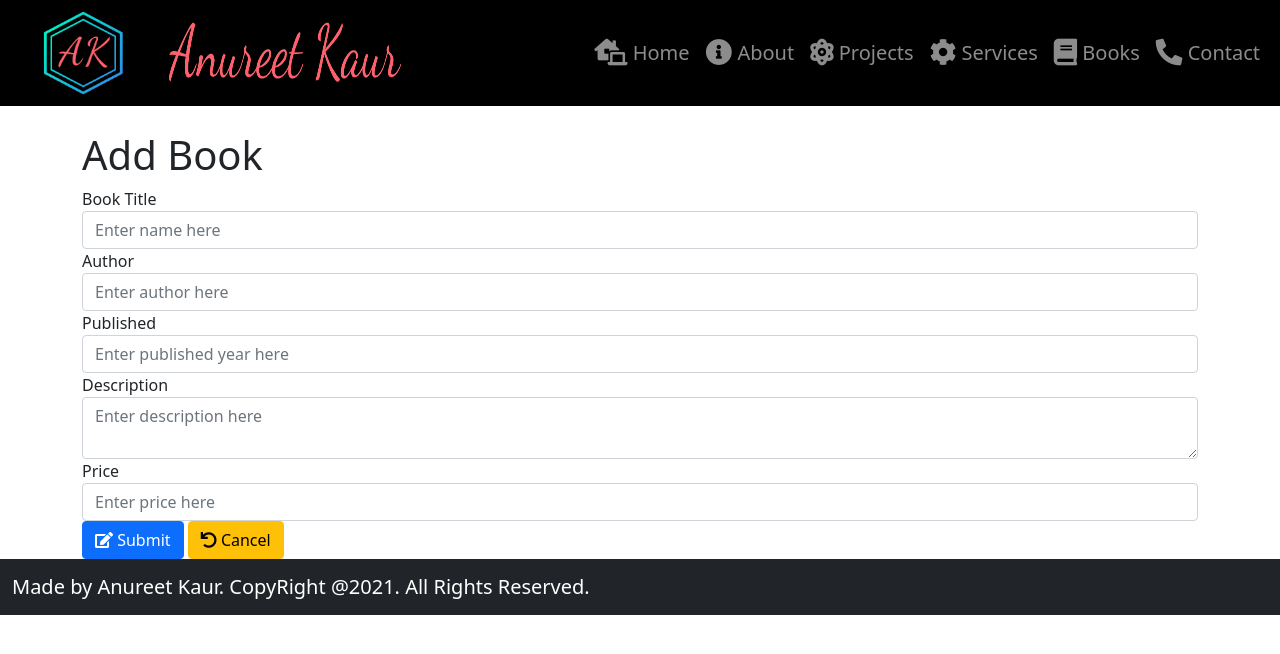
Repository: Anureet23/Portfolio_Authentication
Page: http://localhost/book-list/add
These files come from the project's save history. The page is drawn as it stood at one moment and after the next save; the edit follows.
The browser window is 1280 px wide. The pictures show the whole page.
The page is served by the project's Node server (server.js). Other server files are loaded and not shown.

Above is the page before, as saved 2021-06-16 19:53:40.

### server/views/book/add.ejs
<!--Header Partial Included -->
<% include ../partials/header.ejs %>

<!--Top Navbar Partial Included -->
<% include ../partials/navbar.ejs %>


<!--Content for ADD Page -->
<div class="container">
    <div class="row">
        <div class="offset md-2 col-md-8"></div>
        <h1><%= title%></h1>

        <form class="form" method="POST">
        <div class="form-group">
            <label for="nameTextField">Book Title</label>
            <input type="text" class="form-control" id="nameTextField" placeholder="Enter name here" name="name" required>
        </div>

        <div class="form-group">
            <label for="authorTextField">Author</label>
            <input type="text" class="form-control" id="authorTextField" placeholder="Enter author here" name="author" required>
        </div>

        <div class="form-group">
            <label for="publishedTextField">Published</label>
            <input type="text" class="form-control" id="publishedTextField" placeholder="Enter published year here" name="published" required>
        </div>

        <div class="form-group">
            <label for="descriptionTextField">Description</label>
            <textarea type="text" class="form-control" id="descriptionTextField" placeholder="Enter description here" name="description" required></textarea>
        </div>

        <div class="form-group">
            <label for="priceTextField">Price</label>
            <input type="number" class="form-control" id="nameTextField" placeholder="Enter price here" name="price" required>
        </div>

        <button class="btn btn-primary" type="submit">
            <i class="fas fa-edit"></i> Submit
        </button>

        <a href="/book-list" class="btn btn-warning"><i class="fas fa-undo"></i> Cancel</a>

        </form>
    </div>
</div>
</div>

 <!--Bottom Navbar Partial Included -->
 <% include ../partials/bottomnavbar.ejs %>

<!--Footer Partial Included -->
 <% include ../partials/footer.ejs %>

### server/views/partials/header.ejs
<!--Header Partial -->
<!DOCTYPE html>
<html lang="en">
<head>
  <meta charset="UTF-8">
  <meta http-equiv="X-UA-Compatible" content="IE=edge">
  <meta name="viewport" content="width=device-width, initial-scale=1.0">
  <title><%= title %></title>

  <!--CSS Section-->
  <link rel='stylesheet' href='/bootstrap/dist/css/bootstrap.min.css' />
  <link rel="stylesheet" href="/@fortawesome/fontawesome-free/css/all.min.css">

  <link rel='stylesheet' href='/Content/app.css' />
</head>
<body>

### server/views/partials/navbar.ejs
 <!--Top Nav Bar Partial-->

  <nav class="navbar navbar-expand-lg navbar-dark" style="font-size:20px;background-color:black!important">
    <div class="container-fluid" style="background-color:black">
     <img src="/Assests/images/Logo.PNG" height="90px" width="150px"> <img src="/Assests/images/Name.PNG" height="75px" width="240px" >
           <button class="navbar-toggler" type="button" data-bs-toggle="collapse" data-bs-target="#navbarSupportedContent" aria-controls="navbarSupportedContent" aria-expanded="false" aria-label="Toggle navigation">
        <span class="navbar-toggler-icon"></span>
      </button>

      <div class="collapse navbar-collapse" id="navbarSupportedContent">
        <ul class="navbar-nav ms-auto mb-2 mb-lg-0">

        <li class="nav-item">
        <a class="nav-link" aria-current="page" href="/home"><i class="fas fa-lg fa-laptop-house"></i> Home</a>
        </li>


           <li class="nav-item">
          <a class="nav-link " href="/about"> <i class="fas fa-lg fa-info-circle"></i> About</a>
          </li>

          <li class="nav-item">
            <a class="nav-link "  href="/projects"> <i class="fas fa-lg fa-atom"></i> Projects</a>
          </li>

          <li class="nav-item">
            <a class="nav-link"  href="/services"> <i class="fas fa-lg fa-cog"></i>  Services</a>
          </li>


          <li class="nav-item">
            <a class="nav-link"  href="/book-list"><i class="fas fa-lg fa-book"></i> Books</a>
          </li>

          <li class="nav-item">
            <a class="nav-link"  href="/contact"><i class="fas fa-lg fa-phone-alt"></i> Contact</a>
          </li>

      </div>
    </div>
  </nav>

### server/views/partials/bottomnavbar.ejs
<!--Bottom Navbar Partial-->

<nav class="navbar sticky-bottom navbar-dark bg-dark " >

  <div class="container-fluid">
    <a class="navbar-brand"  >Made by Anureet Kaur. CopyRight @2021. All Rights Reserved.</a>
  </div>
</nav>

### server/views/partials/footer.ejs
<!--Footer Partial-->
<!--JS Section-->
  <script src="/jquery/dist/jquery.min.js"></script>
  <script src="/bootstrap/dist/js/bootstrap.min.js"></script>
  <script src="/Scripts/app.js"></script>

</body>
</html>

### server.js
#!/usr/bin/env node
/* FileName :server.js */
/* StudentName :Anureet Kaur */
/* Student Id :301174444 */
/* Date : 4/06/2021 */
/**
 * Module dependencies.
 */

var app = require('./server/config/app');
var debug = require('debug')('express site:server');
var http = require('http');

/**
 * Get port from environment and store in Express.
 */

var port = normalizePort(process.env.PORT || '3000');
app.set('port', port);

/**
 * Create HTTP server.
 */

var server = http.createServer(app);

/**
 * Listen on provided port, on all network interfaces.
 */

server.listen(port);
server.on('error', onError);
server.on('listening', onListening);

/**
 * Normalize a port into a number, string, or false.
 */

function normalizePort(val) {
  var port = parseInt(val, 10);

  if (isNaN(port)) {
    // named pipe
    return val;
  }

  if (port >= 0) {
    // port number
    return port;
  }

  return false;
}

/**
 * Event listener for HTTP server "error" event.
 */

function onError(error) {
  if (error.syscall !== 'listen') {
    throw error;
  }

  var bind = typeof port === 'string'
    ? 'Pipe ' + port
    : 'Port ' + port;

  // handle specific listen errors with friendly messages
  switch (error.code) {
    case 'EACCES':
      console.error(bind + ' requires elevated privileges');
      process.exit(1);
      break;
    case 'EADDRINUSE':
      console.error(bind + ' is already in use');
      process.exit(1);
      break;
    default:
      throw error;
  }
}

/**
 * Event listener for HTTP server "listening" event.
 */

function onListening() {
  var addr = server.address();
  var bind = typeof addr === 'string'
    ? 'pipe ' + addr
    : 'port ' + addr.port;
  debug('Listening on ' + bind);
}

### server/routes/book.js
let express = require('express');
let router = express.Router();
let mongoose = require('mongoose');

//Connect to book model
let Book = require('../models/book');

/* GET Route for Book list*/

router.get('/',(req,res,next)=>{
    Book.find((err,bookList)=>{
        if(err)
        {
            return console.error(err);
        }
        else{
            //console.log(BookList);

            res.render('book/list',{title:'Books', BookList : bookList});
        }
    });
});


/* GET Route for displaying Add Page- CREATE Operation*/
router.get('/add', (req, res, next) => {
    res.render('book/add',{title:'Add Book'});
});

/* POST Route for processing Add Page- CREATE Operation*/
router.post('/add', (req, res, next) => {
   let newBook = Book({
          "name" : req.body.name,
          "author":req.body.author,
          "published": req.body.published,
          "description" : req.body.description,
          "price": req.body.price
   });

   Book.create(newBook,(err,Book)=> {
    if(err){
        console.log(err);
        res.end(err);
    }
    else{
        //refresh the book list
        res.redirect('/book-list');
    }
   });

});
/* GET Route for displaying Edit Page- UPDATE Operation*/
router.get('/edit/:id', (req, res, next) => {
       let id = req.params.id;

       Book.findById(id,(err,bookToEdit) => {

        if(err){
            console.log(err);
            res.end(err);
        }
        else{

            //show the edit view
            res.render('book/edit', {title: 'Edit Book',book:bookToEdit})
        }

       });
});
/* POST Route for processing Edit Page- UPDATE Operation*/
router.post('/edit/:id', (req, res, next) => {

let id = req.params.id;
let updatedBBook = Book({
    "_id":id,
    "name" : req.body.name,
    "author":req.body.author,
    "published": req.body.published,
    "description" : req.body.description,
    "price": req.body.price
});

Book.updateOne({_id: id},updatedBBook,(err) =>{
    if(err){
        console.log(err);
        res.end(err);
    }
    else{
       //refresh the book list
       res.redirect('/book-list');
    }
});

});
/* GET Route for perform Deletion- DELETE Operation*/
router.get('/delete/:id', (req, res, next) => {

    let id = req.params.id;
    Book.remove({_id: id},(err) =>{
        if(err){
            console.log(err);
            res.end(err);
        }
        else{
           //refresh the book list
           res.redirect('/book-list');
        }
    });
});

module.exports = router;

### public/Content/app.css
/* FileName :app.css */
/* StudentName :Anureet Kaur */
/* Student Id :301174444 */
/* Date : 4/06/2021 */
.center {
    text-align: center;
  }
  .container{
	margin-top: 25px;

}
.headerText{
    text-align: center;
}

### public/Scripts/app.js
/* FileName :app.js */
/* StudentName :Anureet Kaur */
/* Student Id :301174444 */
/* Date : 4/06/2021 */
(function(){


    function Start(){
        console.log("App Started.....");
    }

    window.addEventListener("load",Start);

})();

After the next save:
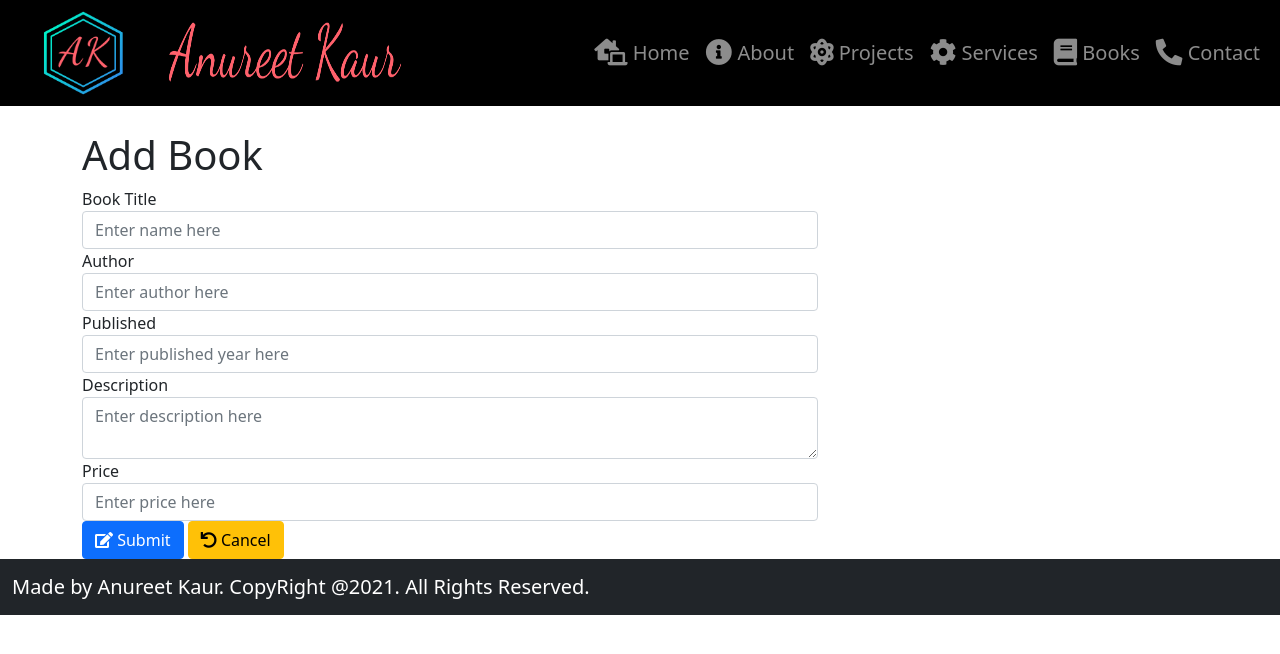
Saved 6 s later.
--- a/server/views/book/add.ejs
+++ b/server/views/book/add.ejs
@@ -8,7 +8,7 @@
 <!--Content for ADD Page -->
 <div class="container">
     <div class="row">
-        <div class="offset md-2 col-md-8"></div>
+        <div class="offset md-2 col-md-8">
         <h1><%= title%></h1>
 
         <form class="form" method="POST">
